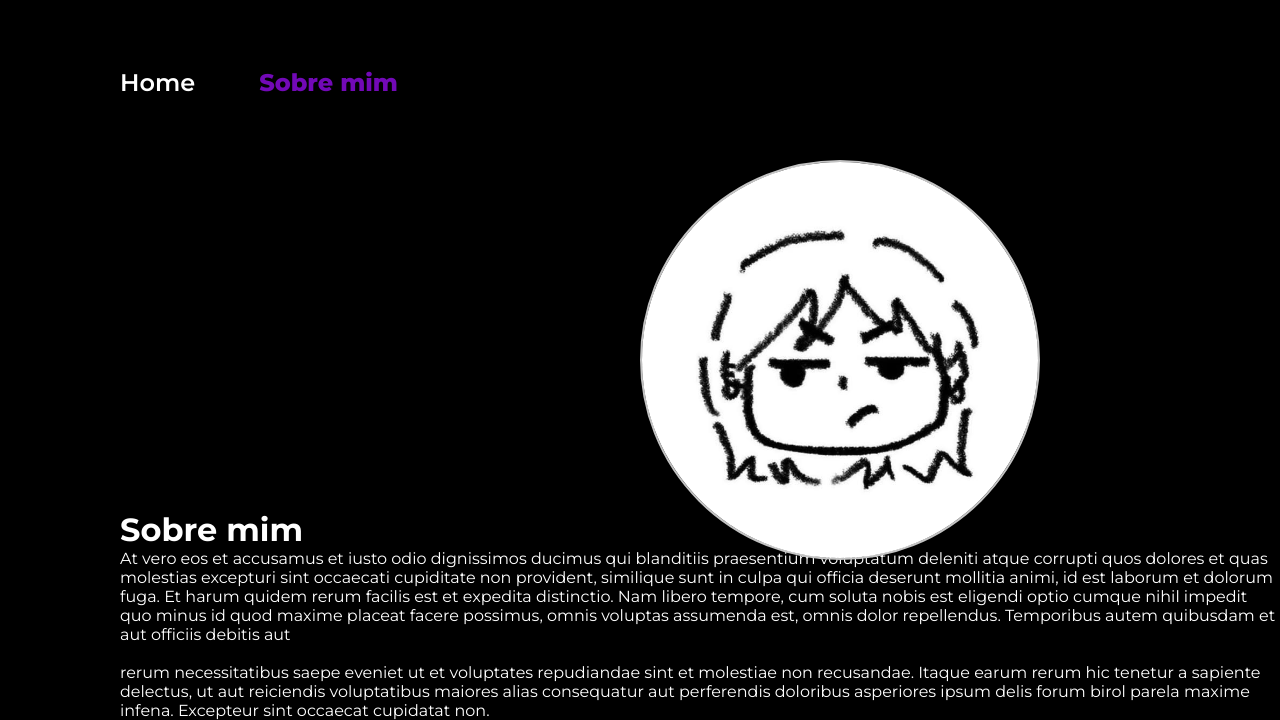
Repository: analessp/portfolio-developer
Page: about-me.html
The author's editor kept a copy of each file at every save. The page is drawn from the files as they stood at one save, then again after a run of saves.
The browser window is 1280 px wide. The pictures show the whole page.

Above is the page before, as saved 2025-04-24 11:52:16.

### about-me.html
<!DOCTYPE html>
<html lang="pt-BR">
<head>
    <meta charset="UTF-8">
    <meta name="viewport" content="width=device-width, initial-scale=1.0">
    <title>Sobre mim</title>
    <link rel="stylesheet" href="/style/style.css"
</head>
<body>
    <header>
        <nav>
            <ul class="navbar-list">
                <li>
                    <a href="index.html" class="page">Home</a>
                </li>
                <li>
                    <a href="about-me.html" class="page active">Sobre mim</a>
                </li>
            </ul>
        </nav>
    </header>
    <main>
        <div class="about-me">
            <h1>Sobre mim</h1>
            <p>At vero eos et accusamus et iusto odio dignissimos ducimus qui blanditiis praesentium voluptatum deleniti atque corrupti quos dolores et quas molestias excepturi sint occaecati cupiditate non provident, similique sunt in culpa qui officia deserunt mollitia animi, id est laborum et dolorum fuga. Et harum quidem rerum facilis est et expedita distinctio. Nam libero tempore, cum soluta nobis est eligendi optio cumque nihil impedit quo minus id quod maxime placeat facere possimus, omnis voluptas assumenda est, omnis dolor repellendus. Temporibus autem quibusdam et aut officiis debitis aut<br><br>rerum necessitatibus saepe eveniet ut et voluptates repudiandae sint et molestiae non recusandae. Itaque earum rerum hic tenetur a sapiente delectus, ut aut reiciendis voluptatibus maiores alias consequatur aut perferendis doloribus asperiores ipsum delis forum birol parela maxime infena. Excepteur sint occaecat cupidatat non.</p>
        </div>
        <img src="/assets/avatar.jfif" alt="Avatar de Ana Lessa" class="logo">
    </main>

</body>
</html>

### style/style.css
@import url('https://fonts.googleapis.com/css2?family=Montserrat:ital,wght@0,100..900;1,100..900&display=swap');
@import url(/style/about-me.css);

* {
    margin: 0;
    padding: 0;
    box-sizing: border-box;
    font-family: "Montserrat", sans-serif;
}

html, body {
    height: 100%;
    margin: 0;
}

body {
    height: 100vh;
    width: 100%;
    background-color: black;
    color: white;
    display: flex;
    flex-direction: column;
    justify-content: space-between;
}

.navbar-list {
    padding-left: 120px;
    padding-top: 68px;
    display: flex;
    gap: 4rem;
    list-style-type: none;
    color: #7209b7;
    font-weight: 700;
    font-size: 1.5rem;
    margin-bottom: 3rem;
}

.page {
    text-decoration: none;
    color: white;
    font-weight: 600;
}

.active {
    font-weight: 800;
    color: #7209b7;
}

main {
    padding-left: 120px;
    display: flex;
    gap: 10rem;
    align-items: center;
}

.introduce {
    display: flex;
    flex-direction: column;
    gap: 1.5rem;
    width: 40%;
}

.introduce p {
    text-align: justify;
}

.title {
    text-align: center;
}

.title h1 {
    font-size: 3rem;
}

.title h2 {
    font-size: 1.5rem;
    color: #7209b7;
}

.social-links {
    list-style-type: none;
    display: flex;
    flex-direction: column;
    gap: 1.5rem;
    align-items: center;
}

.social-links li {
    border: 2px solid #c3c3c3;
    background-color: rgba(128, 128, 128, 0.454);
    padding: 1rem 0 1rem 0;
    width: 70%;
    text-align: center;
    border-radius: 12px;

&:hover {
    border: 2px solid rgba(128, 128, 128, 0.454);
    background-color: #7209b7;
    transition-duration: 400ms;
    transform: scale(1.1);
  }
}

.social-links a {
    text-decoration: none;
    color: white;
    font-weight: bold;
}

.logo {
    width: 25rem;
    border-radius: 50%;
    border: 2px solid #c3c3c3;
    height: fit-content;
    position: fixed;
    right: 15rem;
    top: 10rem;
}

footer {
    margin-top: auto;
    padding: 1rem 0 1rem 0;
    background-color: rgb(15, 15, 16);
    display: flex;
    flex-direction: column;
    align-items: center;
    gap: 1rem;
    flex-shrink: 0;
}

footer ul {
    display: flex;
    gap: 2rem;
    list-style: none;
    margin-bottom: 1rem;
}

footer a {
    text-decoration: none;
    color: white;
    font-weight: 600;
}

@media only screen and (max-width: 768px) {

    body {
        justify-content: center;
    }

    .navbar-list {
        justify-content: center;
        padding-left: 0;
        padding-top: 40px;
        margin-bottom: 0;
    }

    main {
        height: 100vh;
        margin-top: 0;
        flex-direction: column-reverse;
        padding-left: 0;
        gap: 1rem;
    }

    .introduce {
        justify-content: flex-end;
        width: 80%;
        margin-bottom: 8rem;
    }

    .logo {
        top: 6.5rem;
        width: 18rem;
    }

}

@media only screen and (max-width: 426px) {
    .logo {
        right: 16%;
    }

    .introduce {
        margin-bottom: 3rem;
    }

    .title h1 {
        font-size: 2.5rem;
        margin-bottom: 0.5rem;
    }
}

Loaded but not shown: style/about-me.css (no copy from this time; the picture is the same without it)

After the next 3 saves:
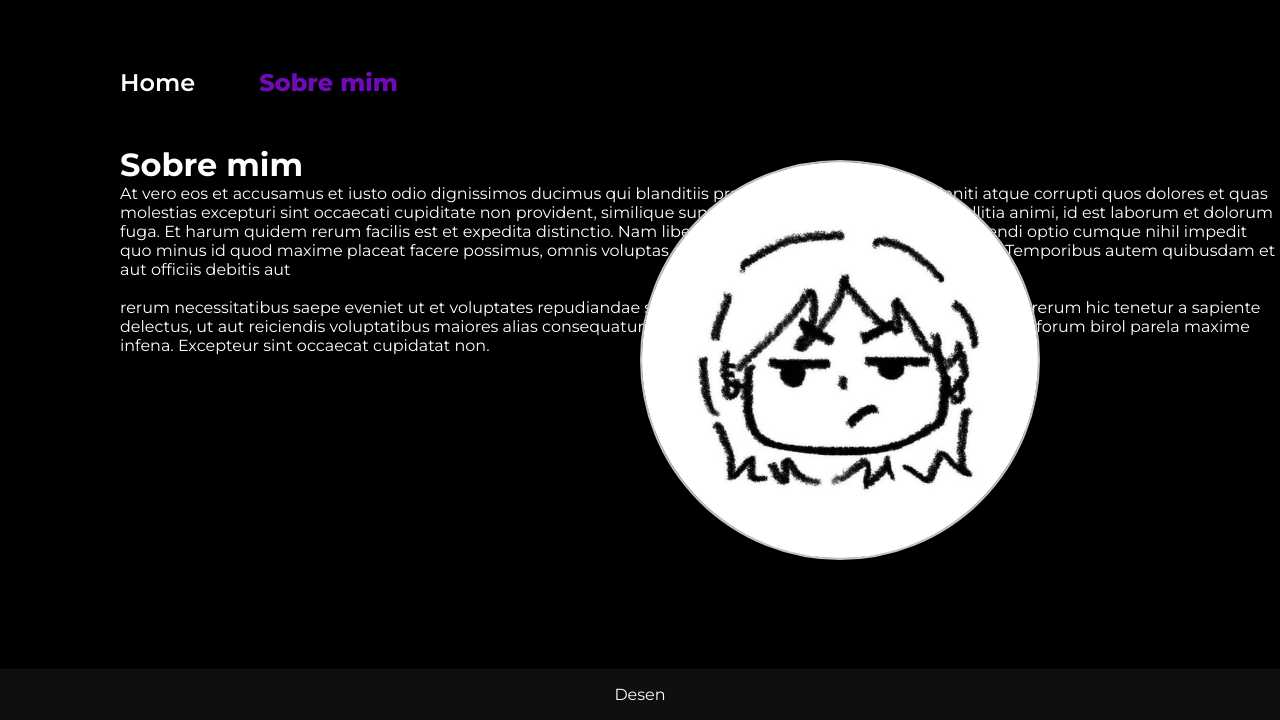
The 3 saves are shown as one change because they came seconds apart.
The last was saved 13 s later.
--- a/about-me.html
+++ b/about-me.html
@@ -26,6 +26,6 @@
         </div>
         <img src="/assets/avatar.jfif" alt="Avatar de Ana Lessa" class="logo">
     </main>
-
+    <footer>Desen</footer>
 </body>
 </html>
